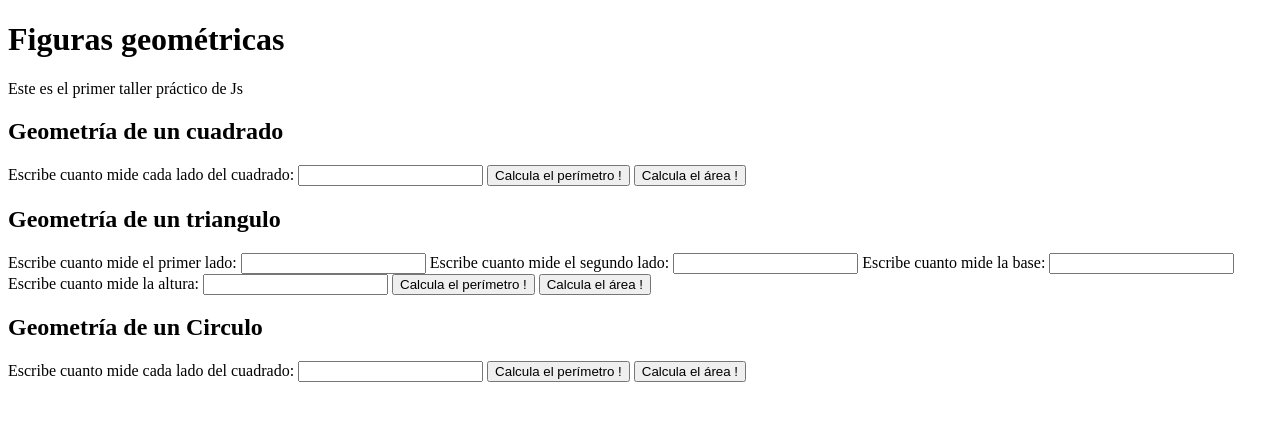
Repository: ChristianGecchelin/javascript-project
Page: javascript-project/figuras-geometricas/figuras.html
An editor plug-in stored every save of this project. The page is shown before and after the next save, followed by the edit.
The browser window is 1280 px wide. The pictures show the whole page.

Above is the page before, as saved 2021-12-01 12:24:38.

After the next save:
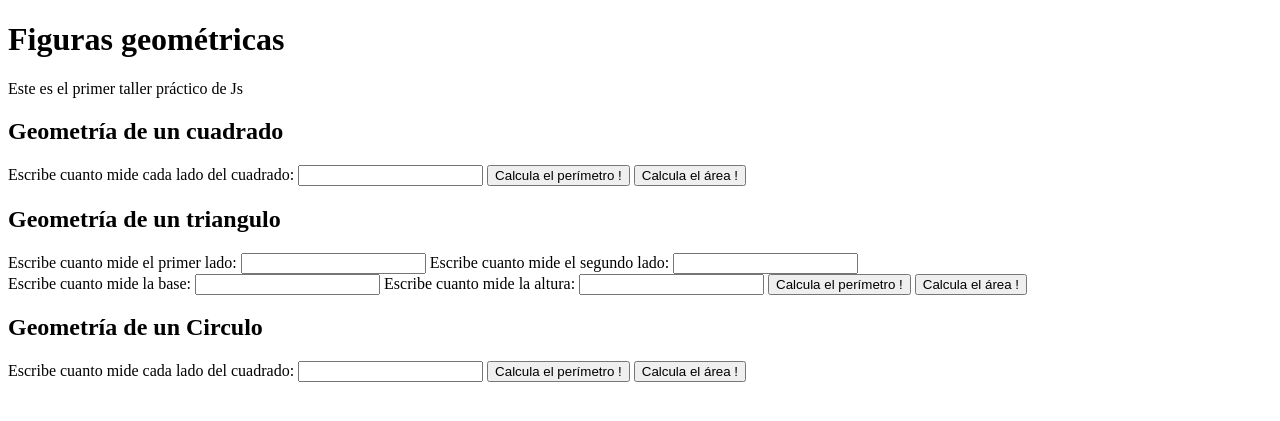
Saved 12 s later.
--- a/javascript-project/figuras-geometricas/figuras.html
+++ b/javascript-project/figuras-geometricas/figuras.html
@@ -31,7 +31,7 @@
         <label for="">Escribe cuanto mide el primer lado:</label>
         <input type="number" id="inputLado1" />
         <label for="">Escribe cuanto mide el segundo lado:</label>
-        <input type="number" id="inputLado2" />
+        <input type="number" id="inputLado2" /><br />
         <label for="">Escribe cuanto mide la base:</label>
         <input type="number" id="inputBase" />
         <label for="">Escribe cuanto mide la altura:</label>
